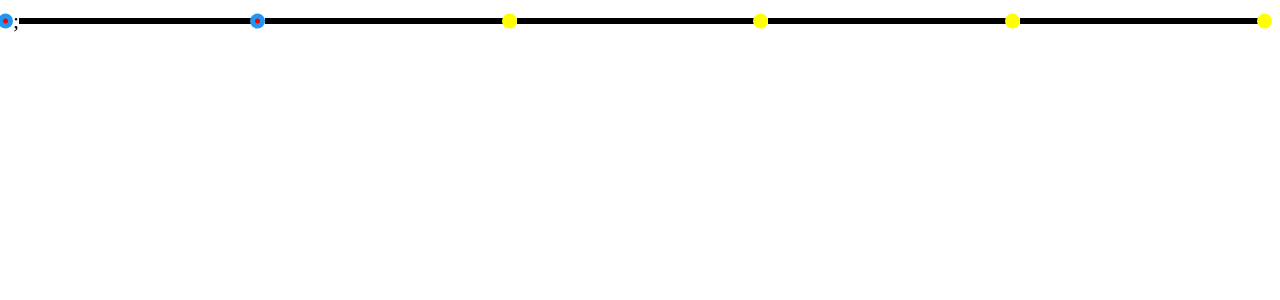
Repository: kamiour/Radiobutton-Group
Page: index.html
An editor plug-in stored every save of this project. The page is shown before and after the next save, followed by the edit.
The browser window is 1280 px wide. The pictures show the whole page.
After loading, the first visible `label[onclick="colorFunction()"]` was clicked once.

Above is the page before, as saved 2019-11-04 23:38:13.
Console error: ReferenceError: colorFunction is not defined

### index.html
<html !DOCTYPE>
<head>
  <title>Radio group</title>
  <link href="https://fonts.googleapis.com/css?family=Open+Sans&display=swap" rel="stylesheet">
  <link rel="stylesheet" href="styles.css">
</head>
<body>
  <div class="radio-group">
    <label class="container-radio">
      <input class="contact-form-radio" type="checkbox" checked="checked">
      <span class="radio"></span>
      <div class="check-line"></div>
    </label>
    <label class="container-radio" onclick="colorFunction()">;
      <input class="contact-form-radio" type="checkbox">
      <span class="radio"></span>
      <div class="check-line"></div>
    </label>
    <label class="container-radio onclick="colorFunction()"">
      <input class="contact-form-radio" type="checkbox">
      <span class="radio"></span>
      <div class="check-line"></div>
    </label>
    <label class="container-radio onclick="colorFunction()"">
      <input class="contact-form-radio" type="checkbox">
      <span class="radio"></span>
      <div class="check-line"></div>
    </label>
    <label class="container-radio onclick="colorFunction()"">
      <input class="contact-form-radio" type="checkbox">
      <span class="radio"></span>
      <div class="check-line"></div>
    </label>
    <label class="container-radio onclick="colorFunction()"">
      <input class="contact-form-radio" type="checkbox">
      <span class="radio"></span>
      <div class="check-line"></div>
    </label>
  </div>
  <script src="https://code.jquery.com/jquery-3.3.1.min.js"></script>
  <script src="main.js"></script>
</body>
</html>

### styles.css
.radio-group {
  display: flex;
  align-items: center;
}

.radio-group > * {
  width: 20%;
}
.radio-group > *:first-child {
  width: 0;
}
/* Customize the label (the container) */
.container-radio {
  display: flex;
  align-items: center;
  position: relative;
  padding-right: 5px;
  cursor: pointer;
  font-size: 22px;
  user-select: none;
}

.check-line {
  width: 100%;
  height: 6px;
  background-color: black;
  transition-duration: 0.5s;
}

/* Hide the browser's default radio button */
.container-radio input {
  position: absolute;
  opacity: 0;
  cursor: pointer;
  height: 0;
  width: 0;
}

/* Create a custom radio button */
.radio {
  position: absolute;
  top: 50%;
  transform: translateY(-50%);
  right: 0;
  height: 15px;
  width: 15px;
  background-color: yellow;
  border-radius: 50%;
  display: flex;
  align-items: center;
  justify-content: center;
  z-index: 2;
}

/* On mouse-over, add a grey background color */
.container-radio:hover input ~ .radio {
  background-color: #ccc;
}

/* When the radio button is checked, add a blue background */
.container-radio input:checked ~ .radio {
  background-color: #2196F3;
}

/* Create the indicator (the dot/circle - hidden when not checked) */
.radio:before {
  content: "";
  position: absolute;
  display: none;
}

/* Show the indicator (dot/circle) when checked */
.container-radio input:checked ~ .radio:before {
  display: block;
}

/* Style the indicator (dot/circle) */
.container-radio .radio:before {
  width: 5px;
  height: 5px;
  border-radius: 50%;
  background: red;
}

### main.js
let radioArr = $(".contact-form-radio");
let lineArr = $(".check-line");
for (let i = 0; i < radioArr.length; i++) {
	if (radioArr[i].checked) {
  	for (let j = 0; j <= i; j++) {
    	lineArr[j].style.backgroundColor = 'pink';
    }
  }
}

After the next save:
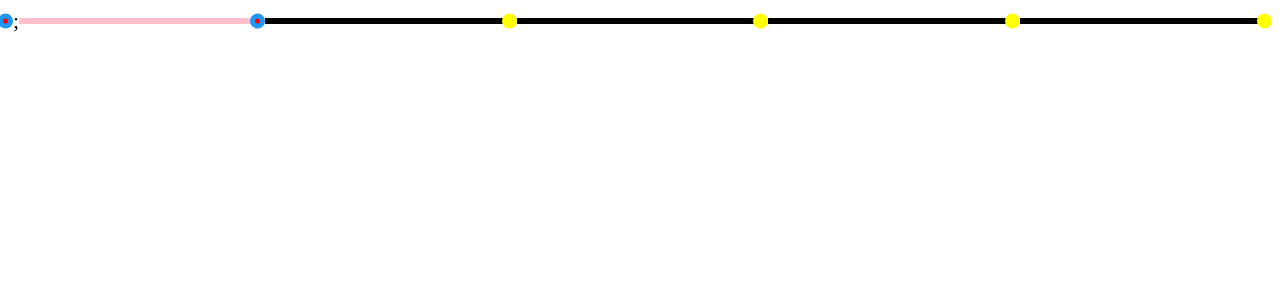
The error is gone.
Saved 18 s later.
--- a/main.js
+++ b/main.js
@@ -1,9 +1,12 @@
 let radioArr = $(".contact-form-radio");
 let lineArr = $(".check-line");
-for (let i = 0; i < radioArr.length; i++) {
-	if (radioArr[i].checked) {
-  	for (let j = 0; j <= i; j++) {
-    	lineArr[j].style.backgroundColor = 'pink';
+
+function colorFunction() {
+  for (let i = 0; i < radioArr.length; i++) {
+    if (radioArr[i].checked) {
+      for (let j = 0; j <= i; j++) {
+        lineArr[j].style.backgroundColor = 'pink';
+      }
     }
   }
 }
